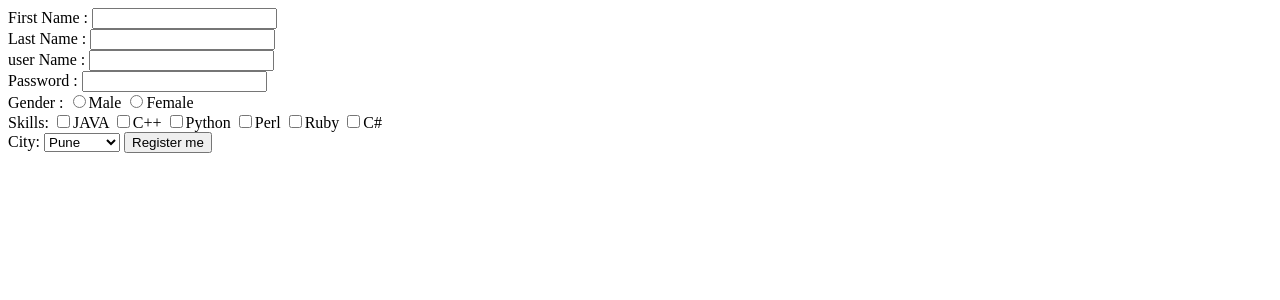
Repository: Deepali-Gobare/Advance_Java_Practice
Page: MyTestServlate/src/main/webapp/registrationform.html
An editor plug-in stored every save of this project. The page is shown before and after the next save, followed by the edit.
The browser window is 1280 px wide. The pictures show the whole page.

Above is the page before, as saved 2024-11-20 13:35:16.

### MyTestServlate/src/main/webapp/registrationform.html
<!DOCTYPE html>
<html>
<head>
<meta charset="UTF-8">
<title>Insert title here</title>
</head>
<body>
       <form method="post" action="register" >
        First Name : <input type="text" name="fname" id="fnm"><br>
 		Last Name : <input type="text" name="lname" id="lnm"><br>
 		user Name : <input type="text" name="uname" id="unm"><br>
		Password : <input type="password" name="passwd" id="pnm"><br>
 		Gender : <input type="radio" name="gender" id="male" value="male"><label for="male">Male</label>
 		<input type="radio" name="gender" id="female" value="female"><label for="female">Female</label><br>
 		Skills: <input type="checkbox" name="skills" id="java" value="java"><label for="java">JAVA</label>
 		<input type="checkbox" name="skills" id="C++" value="C++"><label for="C++">C++</label>
 		<input type="checkbox" name="skills" id="python" value="python"><label for="python">Python</label>
 		<input type="checkbox" name="skills" id="perl" value="perl"><label for="perl">Perl</label>
 		<input type="checkbox" name="skills" id="Ruby" value="ruby"><label for="ruby">Ruby</label>
 		<input type="checkbox" name="skills" id="C#" value="C#"><label for="C#">C#</label><br>
 		City:
    	 <select name="city" id="city">
         	<option value="pune">Pune</option>
         	<option value="mumbai">Mumbai</option>
         	<option value="Goa">Goa</option>
         	<option value="Banglore">Banglore</option>
     	</select>
     	<button type="submit" name="btn" id="btn" value="register">Register me</button>

       </form>

</body>
</html>

After the next save:
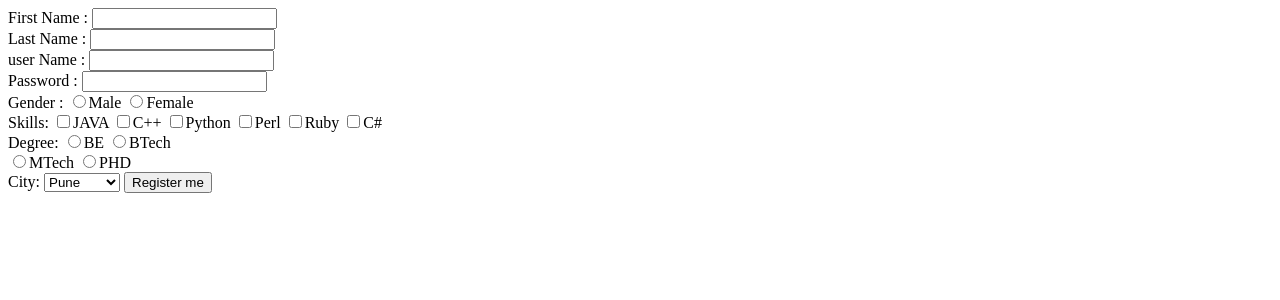
Saved 4 min 47 s later.
--- a/MyTestServlate/src/main/webapp/registrationform.html
+++ b/MyTestServlate/src/main/webapp/registrationform.html
@@ -18,6 +18,10 @@
  		<input type="checkbox" name="skills" id="perl" value="perl"><label for="perl">Perl</label>
  		<input type="checkbox" name="skills" id="Ruby" value="ruby"><label for="ruby">Ruby</label>
  		<input type="checkbox" name="skills" id="C#" value="C#"><label for="C#">C#</label><br>
+ 		Degree: <input type="radio" name="degree" id="BE" value="BE"><label for="BE">BE</label>
+ 		<input type="radio" name="degree" id="BTech" value="BTech"><label for="BTech">BTech</label><br>
+ 		<input type="radio" name="degree" id="MTech" value="MTech"><label for="MTech">MTech</label>
+ 		<input type="radio" name="degree" id="PHD" value="PHD"><label for="PHD">PHD</label><br>
  		City:
     	 <select name="city" id="city">
          	<option value="pune">Pune</option>
